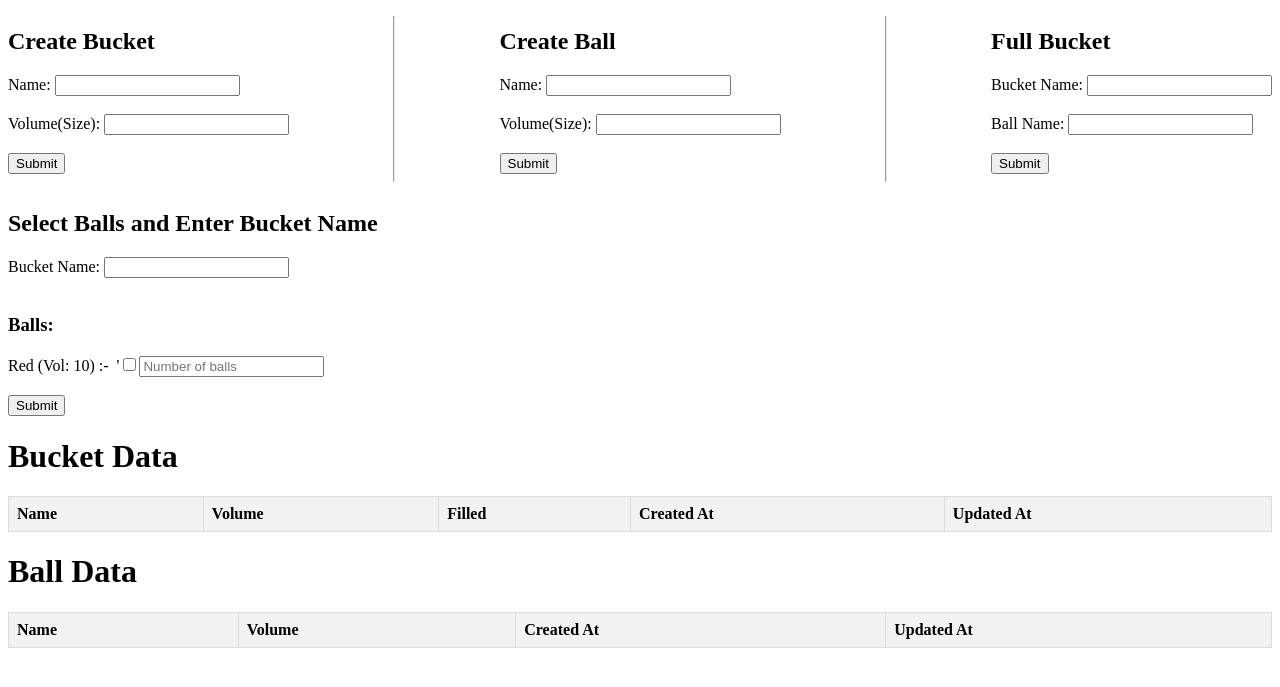
Repository: RajatPalankar8/nodejs_bucket_ball_task_new
Page: http://localhost/
An editor plug-in stored every save of this project. The page is shown before and after the next save, followed by the edit.
The browser window is 1280 px wide. The pictures show the whole page.
The page is served by the project's Node server (index.js). Queries for data that is not in the repository find no rows.

Above is the page before, as saved 2023-07-28 11:31:18.

After the next save:
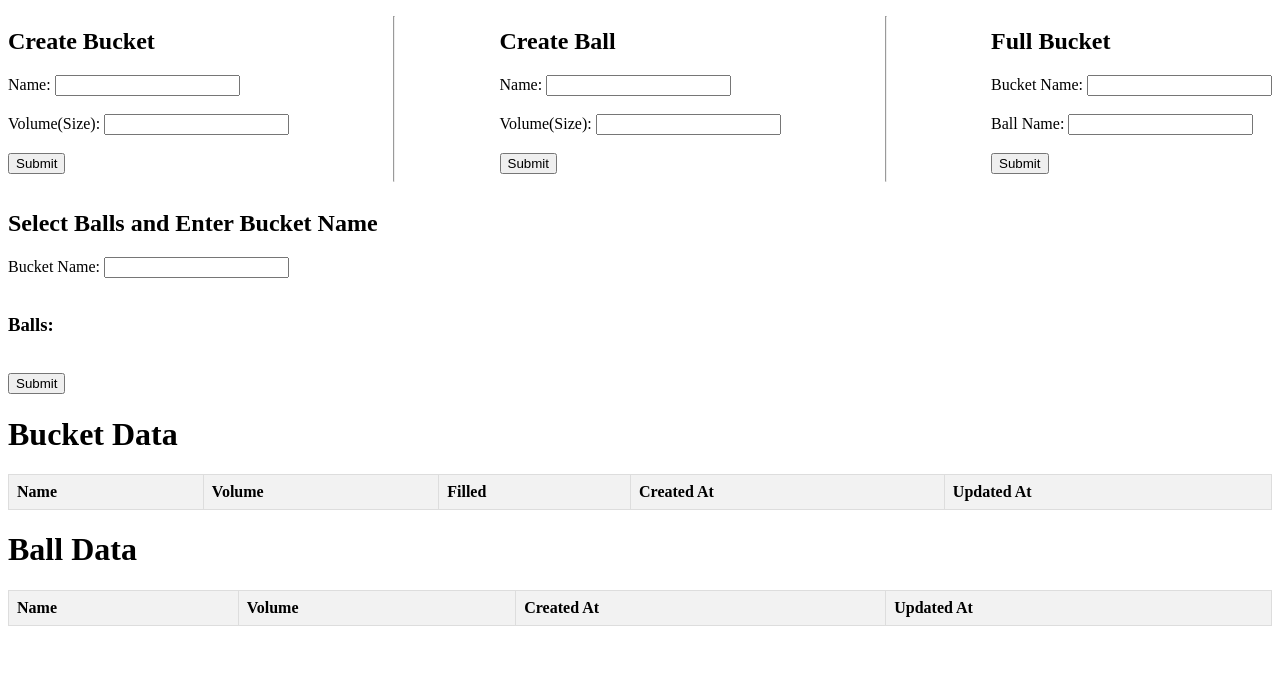
Console error: TypeError: Failed to execute 'appendChild' on 'Node': parameter 1 is not of type 'Node'.
Saved 37 s later.
--- a/views/index.ejs
+++ b/views/index.ejs
@@ -248,7 +248,7 @@
       const label = document.createElement('label');
       label.innerHTML = `${ball.name} (Vol: ${ball.vol}) :- &nbsp;'`;
 
-      label.appendChild(checkbox);
+      label.appendChild(`('&nbsp;') ${checkbox}`);
 
       const inputField = document.createElement('input');
       inputField.type = 'number';

After the save that followed:
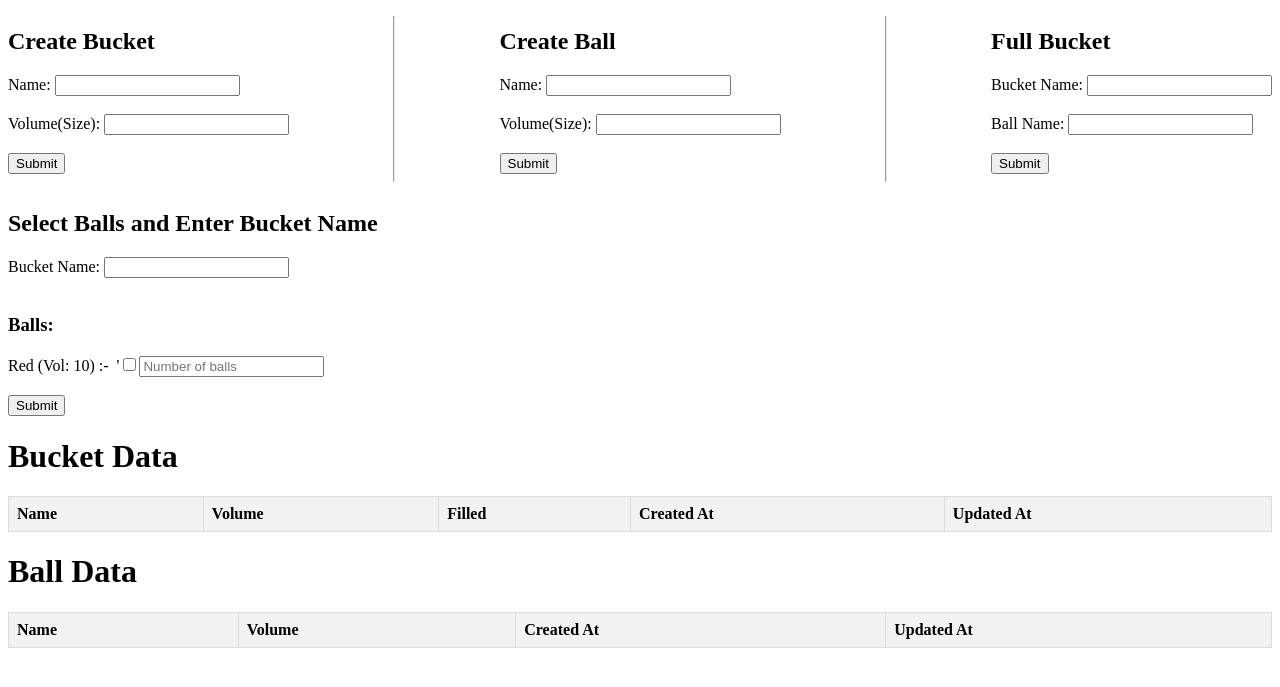
The error is gone.
Saved 19 s later.
--- a/views/index.ejs
+++ b/views/index.ejs
@@ -248,7 +248,7 @@
       const label = document.createElement('label');
       label.innerHTML = `${ball.name} (Vol: ${ball.vol}) :- &nbsp;'`;
 
-      label.appendChild(`('&nbsp;') ${checkbox}`);
+      label.appendChild(checkbox,('&nbsp;'));
 
       const inputField = document.createElement('input');
       inputField.type = 'number';
